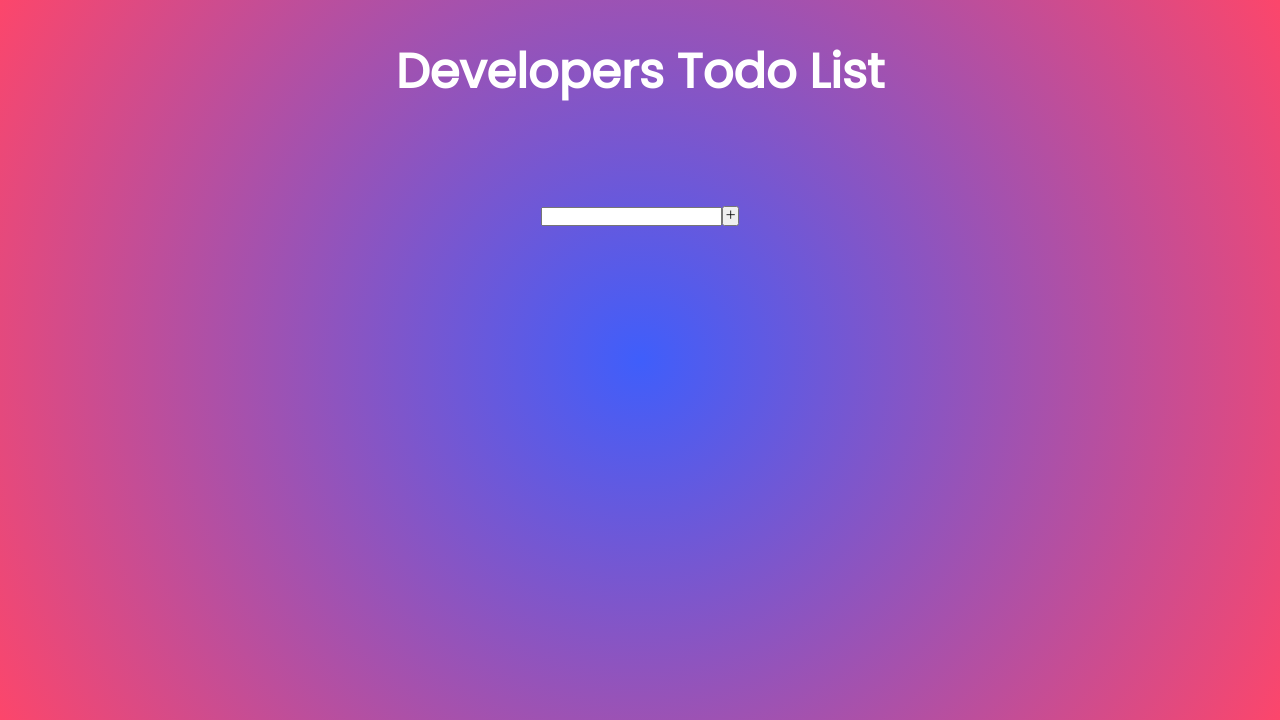
Repository: DevAntonioRogers/Vanilla-TodoList
Page: index.html
The author's editor kept a copy of each file at every save. The page is drawn from the files as they stood at one save, then again after the next save.
The browser window is 1280 px wide. The pictures show the whole page.

Above is the page before, as saved 2023-05-11 23:57:00.

After the next save:
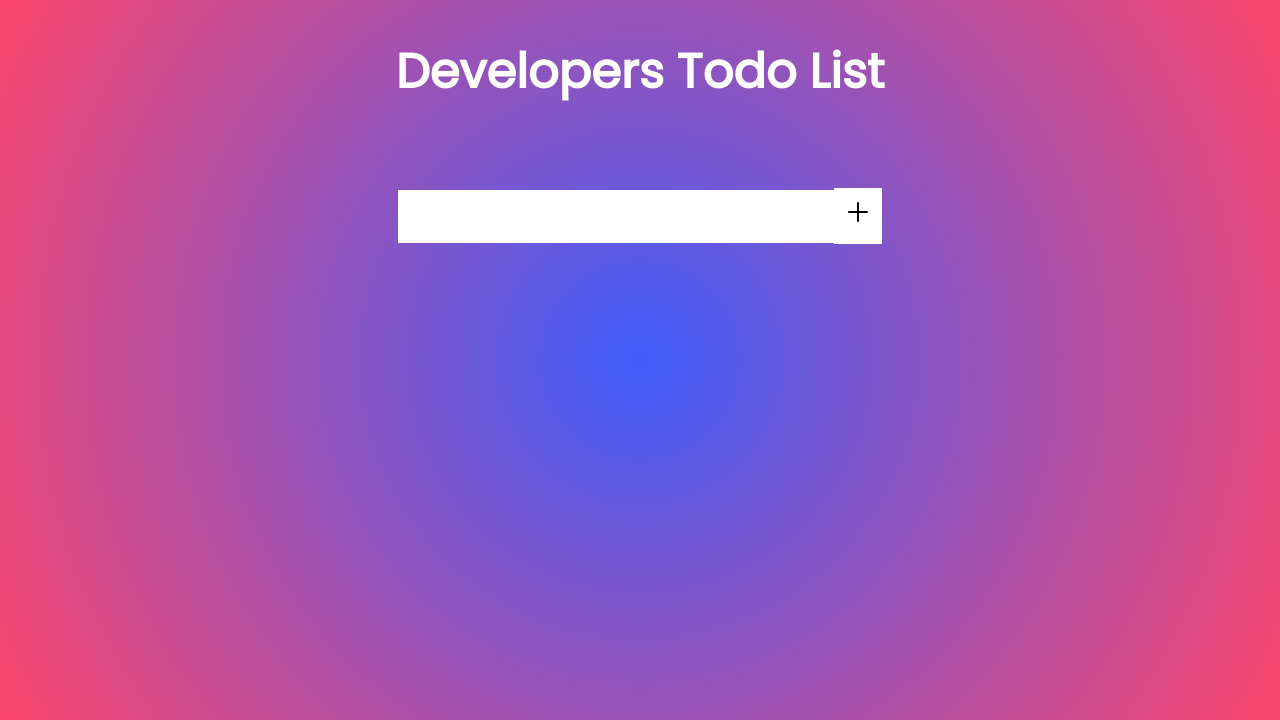
Saved 45 s later.
--- a/style.css
+++ b/style.css
@@ -23,3 +23,11 @@ form {
   align-items: center;
   justify-content: center;
 }
+
+form input,
+form button {
+  padding: 0.5rem;
+  font-size: 2rem;
+  background-color: white;
+  border: none;
+}
